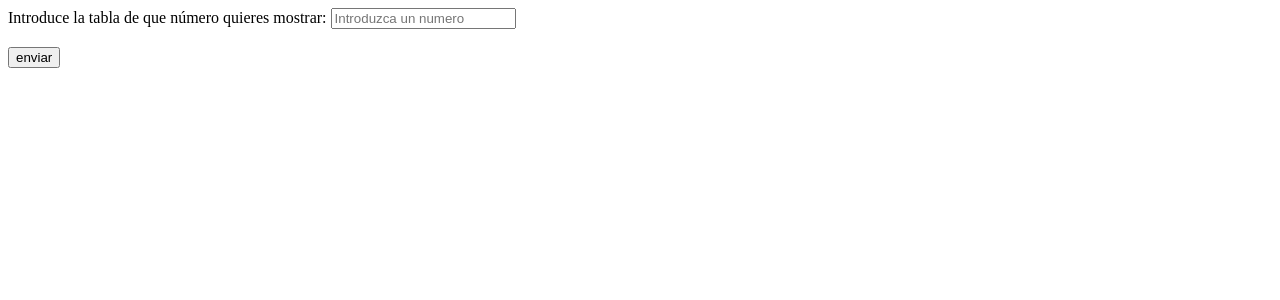
Repository: angegon/Developing-Applications-for-the-Java-EE-Platform
Page: javaee/04_tabla_multiplicar_parametros/WebContent/tabla.html
These files come from the project's save history. The page is drawn as it stood at one moment and after the next save; the edit follows.
The browser window is 1280 px wide. The pictures show the whole page.

Above is the page before, as saved 2016-12-20 16:28:27.

### javaee/04_tabla_multiplicar_parametros/WebContent/tabla.html
<!DOCTYPE html>
<html>
<head>
<meta charset="ISO-8859-1">
<title>Insert title here</title>
</head>
<body>
	<form action="CalculoTabla" method="post">
		Introduce la tabla de que número quieres mostrar:
		<input type="text" name="numero" placeholder="Introduzca un numero"/>
		<br/></br>
		<input type="submit" value="enviar"/>
	</form>
</body>
</html>

After the next save:
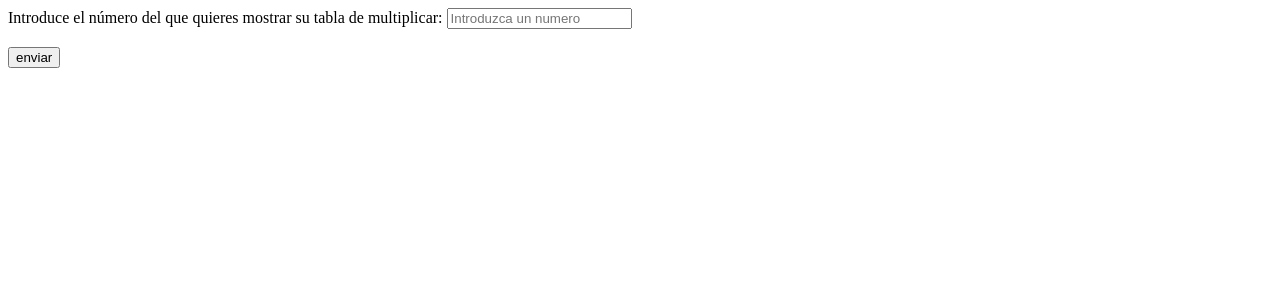
Saved 27 s later.
--- a/javaee/04_tabla_multiplicar_parametros/WebContent/tabla.html
+++ b/javaee/04_tabla_multiplicar_parametros/WebContent/tabla.html
@@ -6,7 +6,7 @@
 </head>
 <body>
 	<form action="CalculoTabla" method="post">
-		Introduce la tabla de que número quieres mostrar:
+		Introduce el número del que quieres mostrar su tabla de multiplicar:
 		<input type="text" name="numero" placeholder="Introduzca un numero"/>
 		<br/></br>
 		<input type="submit" value="enviar"/>
